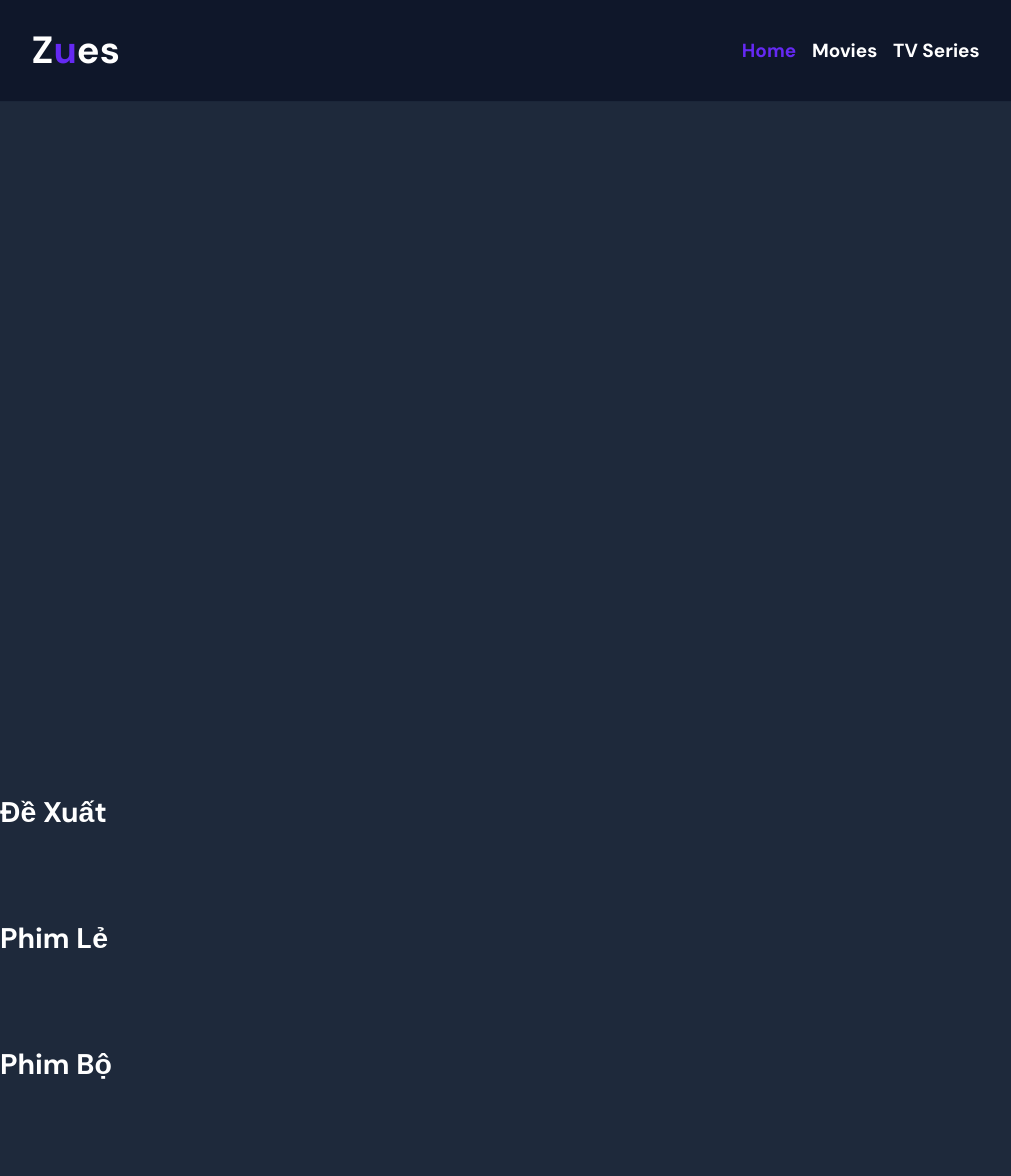
Repository: ThaiBinh1608/Web_List_Movie
Page: /
The author's editor kept a copy of each file at every save. The page is drawn from the files as they stood at one save, then again after the next save.
The browser window is 1280 px wide. The pictures show the whole page, at 79% of full size.
The page's requests for data from a server got no answer. The project was rebuilt for these pictures with package versions that can differ from the ones it lists, and the page was loaded fresh each time. No one was signed in, and anything a server would have sent is missing. Also part of the build but not shown: src/components/movie/MovieCard.js, src/components/TVseries/TVseriesCard.js, src/pages/MoviesPage.js, src/pages/TVseriesPage.js, src/pages/MoviesDetailsPage.js, src/pages/TVseriesDetailsPage.js.

Above is the page before, as saved 2023-02-24 20:51:12.

After the next save:
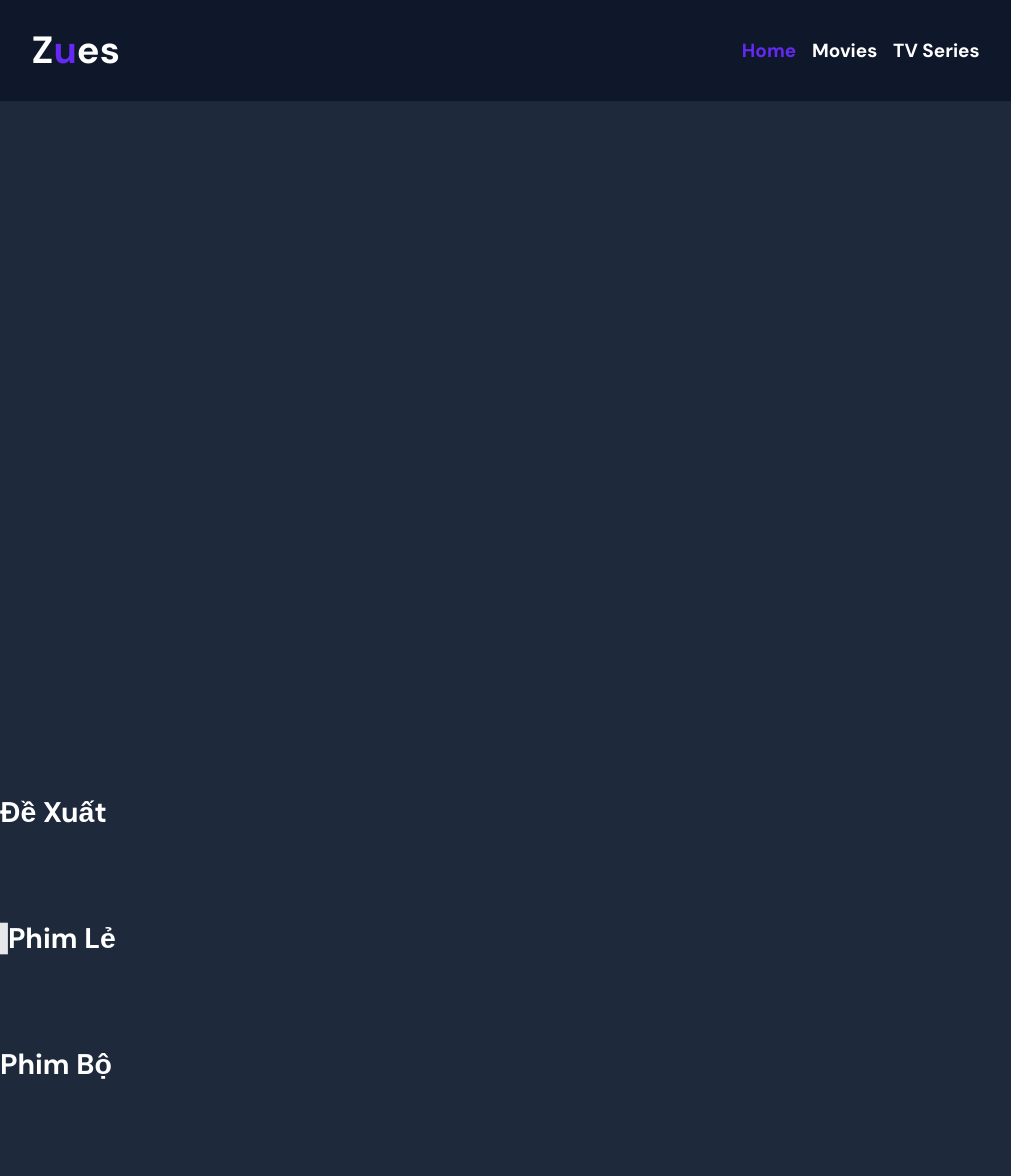
Saved 4 s later.
--- a/src/pages/HomePage.js
+++ b/src/pages/HomePage.js
@@ -14,7 +14,7 @@ const HomePage = () => {
             </section>
 
             <section className="movies-layout page-container pb-20">
-                <h2 className="capitalize text-white  mb-10 text-4xl font-bold border-l-[]">
+                <h2 className="capitalize text-white  mb-10 text-4xl font-bold border-l-[10px]">
                 Phim lẻ
                 </h2>
 
